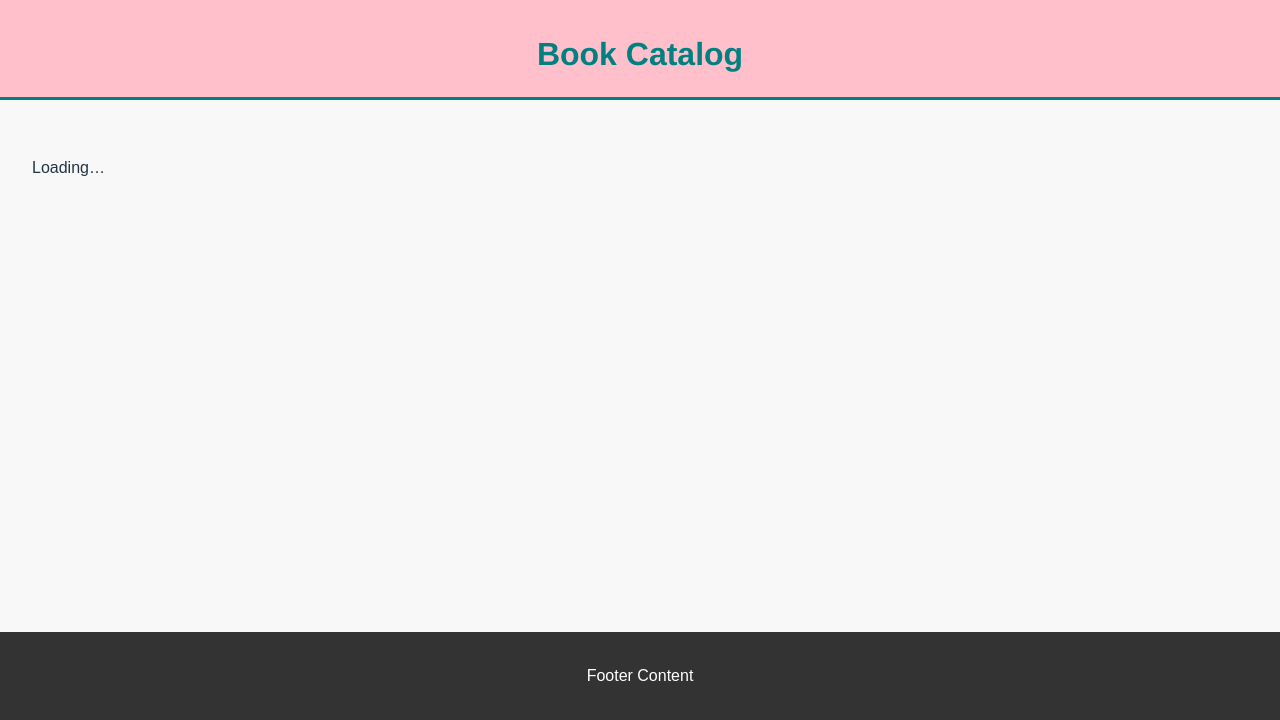
Repository: primcharlin/COMP3170_Lab_Assignment_Components
Page: /
An editor plug-in stored every save of this project. The page is shown before and after the next save, followed by the edit.
The browser window is 1280 px wide. The pictures show the whole page.
The page's requests for data from a server got no answer. The project was rebuilt for these pictures with package versions that can differ from the ones it lists, and the page was loaded fresh each time. No one was signed in, and anything a server would have sent is missing. Also part of the build but not shown: vite.config.js.

Above is the page before, as saved 2025-09-12 04:50:20.

After the next save:
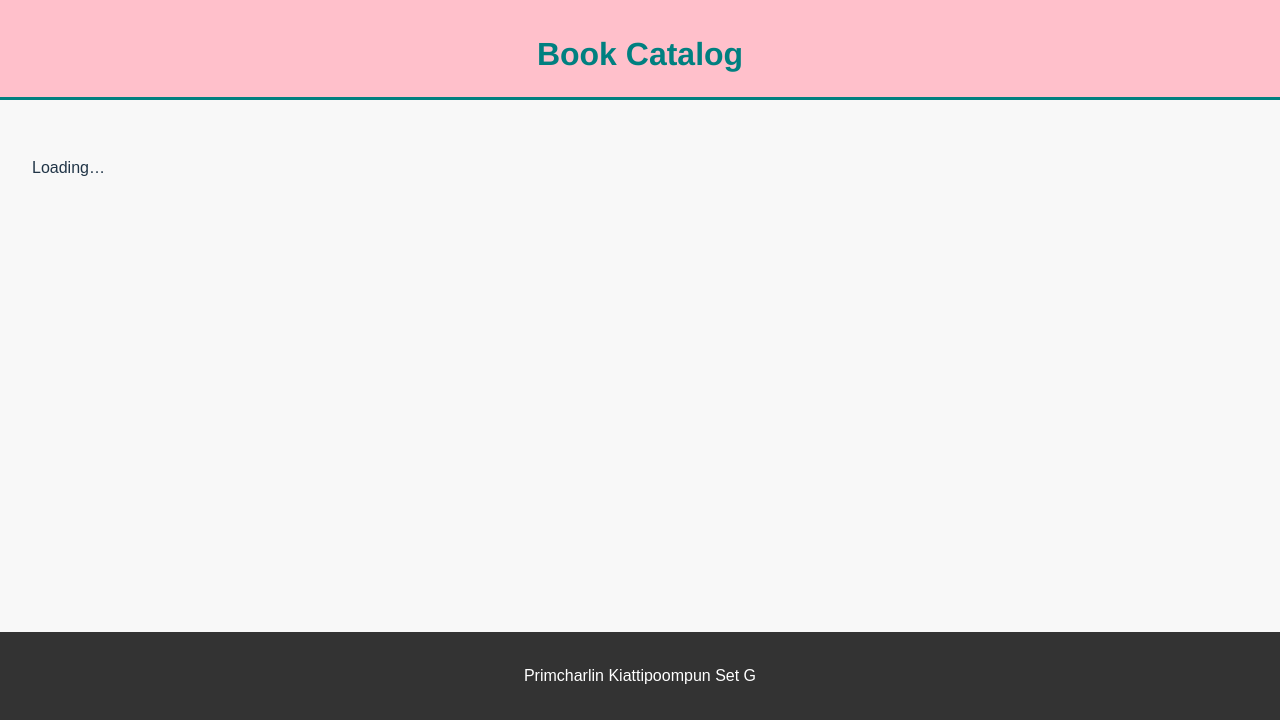
Saved 45 h 10 min later.
--- a/src/App.jsx
+++ b/src/App.jsx
@@ -36,7 +36,9 @@ export default function App() {
                     "https://api.itbook.store/1.0/search/react"
                 );
                 const json = await res.json();
-                setBooks(json.books.slice(0, 2));
+                const desiredTitle = "React in Action"; // เปลี่ยนเป็นชื่อหนังสือที่ต้องการ
+                const foundBook = json.books.find((b) => b.title === desiredTitle);
+                setBooks(foundBook ? [foundBook] : []);
             } catch (e) {
                 console.error(e);
             }
@@ -90,7 +92,7 @@ export default function App() {
             </div>
 
             <footer className='footer'>
-                <p>Footer Content</p>
+                <p>Primcharlin Kiattipoompun Set G</p>
             </footer>
         </div>
     );
